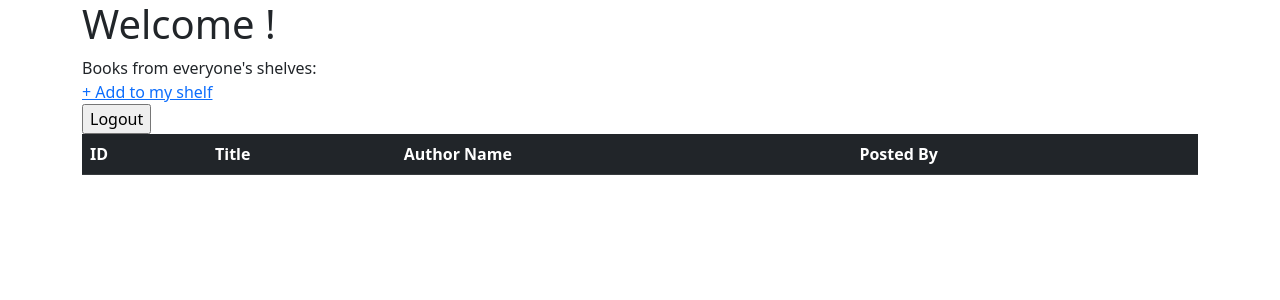
Repository: Bearmeadow92/CodingBootcamp
Page: http://localhost/BookClub/WEB-INF/dashboard.jsp
These files come from the project's save history. The page is drawn as it stood at one moment and after the next save; the edit follows.
The browser window is 1280 px wide. The pictures show the whole page.
The page is served by Tomcat 9. Nobody is signed in. The template is opened directly, without the code that normally fills it, so the values that code supplies are empty.

Above is the page before, as saved 2022-04-20 18:47:41.

After the next save:
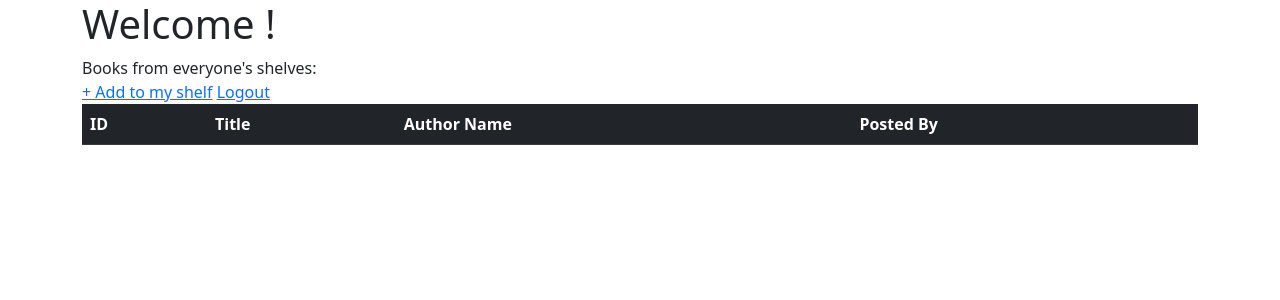
Saved 3 min 19 s later.
--- a/Coding Dojo STS/New_STS_Workspace/BookClub/src/main/webapp/WEB-INF/dashboard.jsp
+++ b/Coding Dojo STS/New_STS_Workspace/BookClub/src/main/webapp/WEB-INF/dashboard.jsp
@@ -15,10 +15,7 @@
 		<h1>Welcome <c:out value="${user.firstName}"/>!</h1>
 		<div>Books from everyone's shelves:</div>
 		<a href="/books/new">+ Add to my shelf</a>
-	<form id="logoutForm" method="POST" action="/logout">
-        <input type="hidden"/>
-        <input type="submit" value="Logout" />
-    </form>
+		<a href="/">Logout</a>
 		<table class="table table-dark">
 			<thead>
 				<tr>
